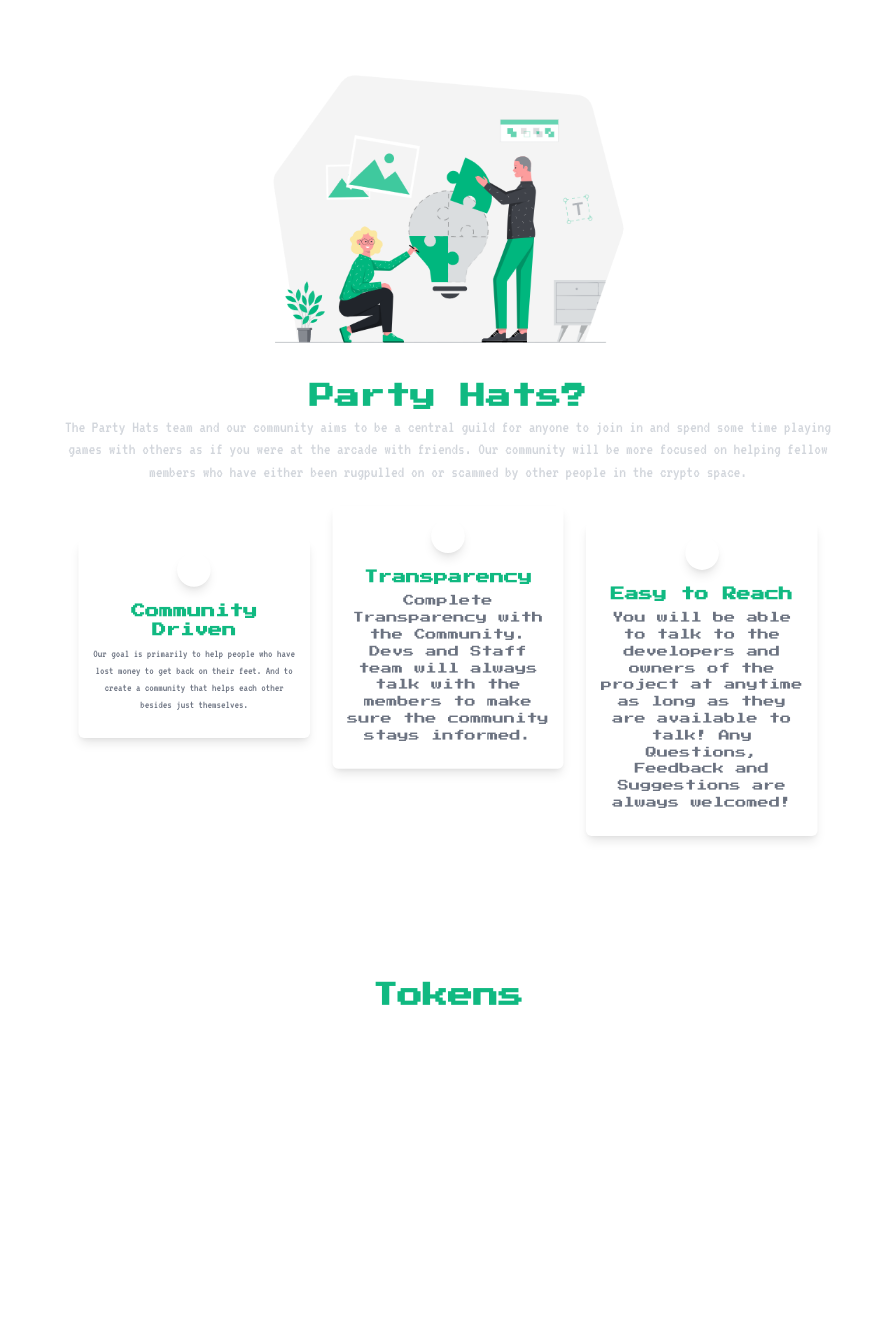
Repository: rhinorphan/phat-landing-page
Page: /
These files come from the project's save history. The page is drawn as it stood at one moment and after the next save; the edit follows.
The browser window is 1280 px wide. The pictures show the part of the page from y = 823 to 2743 px (the page is 4328 px tall), at 70% of full size.
The project was rebuilt for these pictures with package versions that can differ from the ones it lists, and the page was loaded fresh each time. Also part of the build but not shown: craco.config.js.

Above is the page before, as saved 2021-11-17 23:07:47.

After the next save:
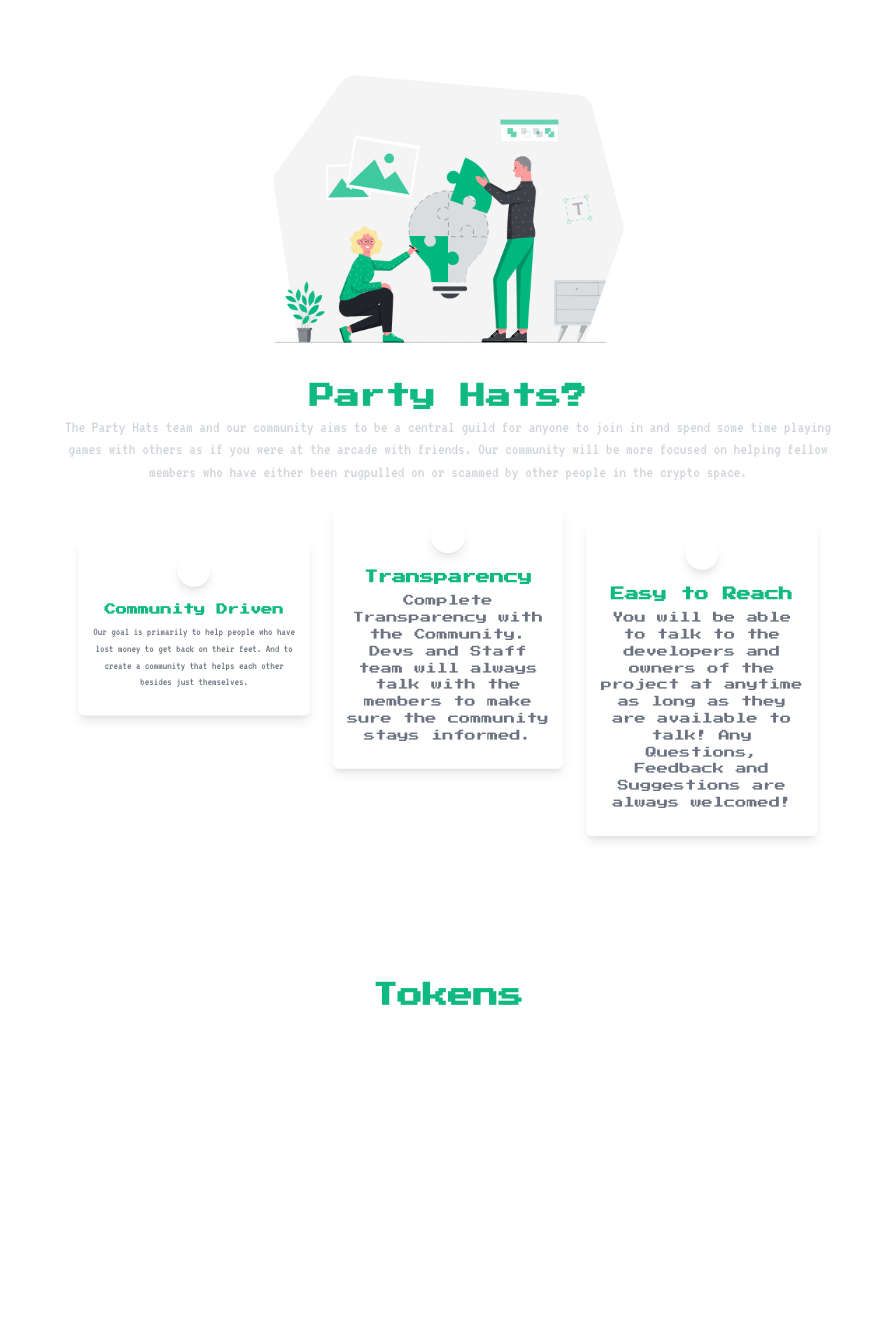
Saved 11 s later.
--- a/src/components/Community.js
+++ b/src/components/Community.js
@@ -22,7 +22,7 @@ function Community() {
                   <div class="text-white p-3 text-center inline-flex items-center justify-center w-12 h-12 mb-5 shadow-lg rounded-full">
                     <i class="fas fa-award"></i>
                   </div>
-                  <h6 class="text-xl font-semibold text-green-500">Community Driven</h6>
+                  <h6 class="text-l font-semibold text-green-500">Community Driven</h6>
                   <p class="mt-2 mb-4 text-gray-500 normalText">
                   Our goal is primarily to help people who have lost money to get back on their feet. And to create a community that helps each other besides just themselves.
                   </p>
